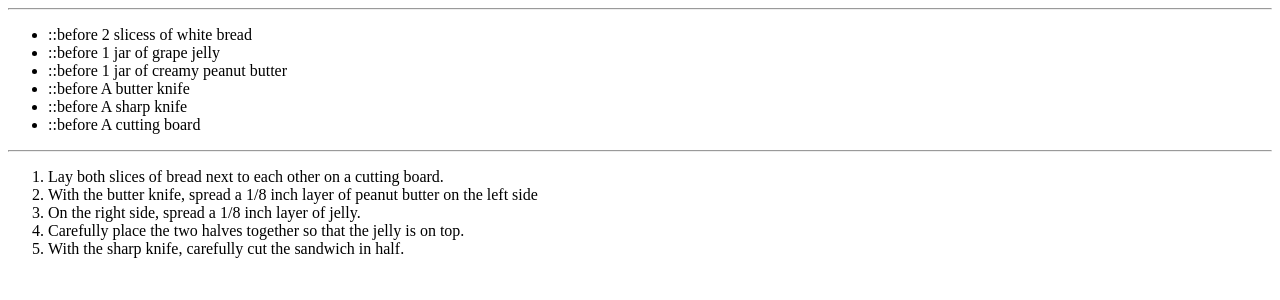
Repository: 9-5-pursuit/lab-intro-to-html
Page: recipe.html
The author's editor kept a copy of each file at every save. The page is drawn from the files as they stood at one save, then again after a run of saves.
The browser window is 1280 px wide. The pictures show the whole page.

Above is the page before, as saved 2023-02-27 23:33:39.

### recipe.html
<!DOCTYPE html>
<html lang="en">
  <head>
    <meta charset="UTF-8" />
    <meta http-equiv="X-UA-Compatible" content="IE=edge" />
    <meta name="viewport" content="width=device-width, initial-scale=1.0" />
    <title>The Perfect Sandwich</title>
  </head>
  <body>
    <header>
      <!-- https://www.seriouseats.com/pbj-a-serious-eats-special-rep -->
      <hr />
    </header>
    <main>
      <div>
        <!-- Ingredients -->
        <ul>
          <li>::before 2 slicess of white bread</li>
          <li>::before 1 jar of grape jelly</li>
          <li>::before 1 jar of creamy peanut butter</li>
          <li>::before A butter knife</li>
          <li>::before A sharp knife</li>
          <li>::before A cutting board</li>
        </ul>
      </div>
      <hr />
      <div>
        <!-- Directions -->
        <ol>
          <li>
            Lay both slices of bread next to each other on a cutting board.
          </li>
          <li>
            With the butter knife, spread a 1/8 inch layer of peanut butter on
            the left side
          </li>
          <li>On the right side, spread a 1/8 inch layer of jelly.</li>
          <li>
            Carefully place the two halves together so that the jelly is on top.
          </li>
          <li>With the sharp knife, carefully cut the sandwich in half.</li>
        </ol>
      </div>
    </main>
  </body>
</html>

After the next 2 saves:
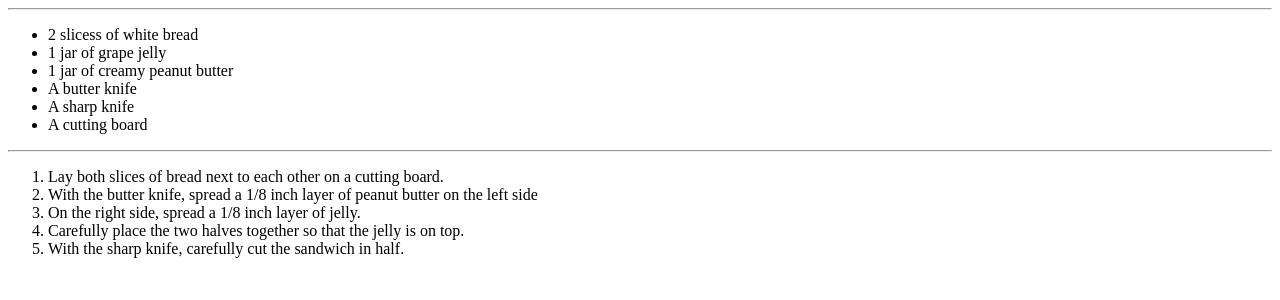
The 2 saves are shown as one change because they came seconds apart.
The last was saved 21 s later.
--- a/recipe.html
+++ b/recipe.html
@@ -15,12 +15,12 @@
       <div>
         <!-- Ingredients -->
         <ul>
-          <li>::before 2 slicess of white bread</li>
-          <li>::before 1 jar of grape jelly</li>
-          <li>::before 1 jar of creamy peanut butter</li>
-          <li>::before A butter knife</li>
-          <li>::before A sharp knife</li>
-          <li>::before A cutting board</li>
+          <li>2 slicess of white bread</li>
+          <li>1 jar of grape jelly</li>
+          <li>1 jar of creamy peanut butter</li>
+          <li>A butter knife</li>
+          <li>A sharp knife</li>
+          <li>A cutting board</li>
         </ul>
       </div>
       <hr />
